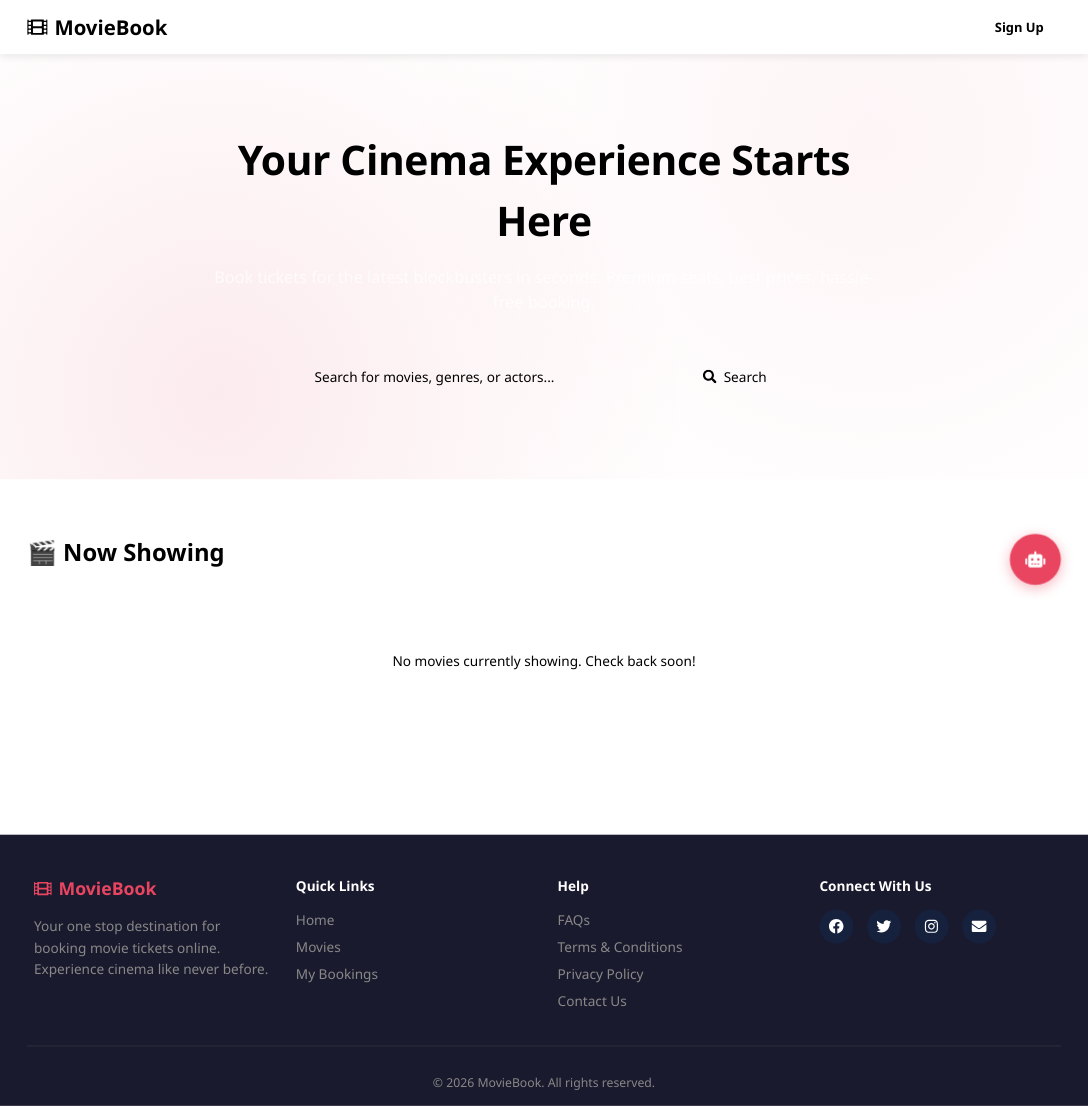
Repository: adithya11sci/movie_ticket_bookings
Page: /admin (app in frontend/)
The author's editor kept a copy of each file at every save. The page is drawn from the files as they stood at one save, then again after the next save.
The browser window is 1280 px wide. The pictures show the whole page, at 85% of full size.
The page's requests for data from a server got no answer. The project was rebuilt for these pictures with package versions that can differ from the ones it lists, and the page was loaded fresh each time. No one was signed in, and anything a server would have sent is missing. Also part of the build but not shown: frontend/vite.config.js, frontend/src/components/MovieCard.css, frontend/src/components/MovieCard.jsx, frontend/src/pages/Movies.jsx, frontend/src/pages/Auth.css, frontend/src/pages/Login.jsx, frontend/src/pages/Register.jsx, frontend/src/pages/MovieDetails.css and 16 more.

Above is the page before, as saved 2026-02-02 12:07:00.

After the next save:
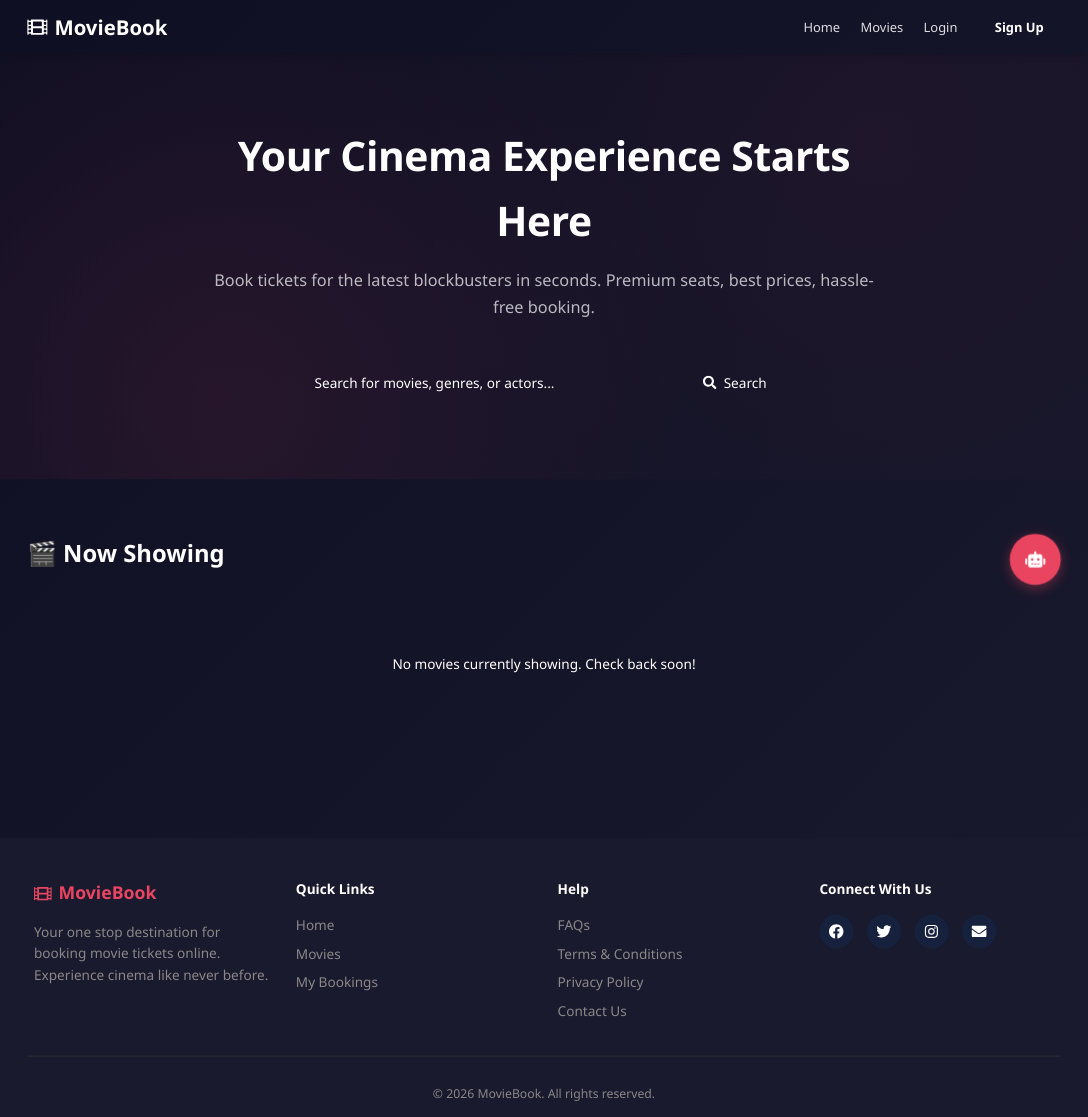
Saved 1 s later.
--- a/frontend/src/App.css
+++ b/frontend/src/App.css
@@ -1,110 +1,33 @@
 /* Global App Styles */
-* {
-    margin: 0;
-    padding: 0;
-    box-sizing: border-box;
-}
-
-body {
-    font-family: 'Segoe UI', Tahoma, Geneva, Verdana, sans-serif;
-    background: var(--bg-light);
-    color: var(--text-dark);
-    line-height: 1.5;
-}
-
 .app {
     min-height: 100vh;
-    background: var(--bg-light);
+    background: linear-gradient(135deg, #0f0f23 0%, #1a1a2e 100%);
 }
 
 main {
-    min-height: calc(100vh - 64px);
-}
-
-a {
-    text-decoration: none;
-    color: inherit;
+    min-height: calc(100vh - 70px);
 }
 
 /* Loading and Error Pages */
-.loading-page,
-.error-page {
+.loading-page, .error-page {
     display: flex;
     align-items: center;
     justify-content: center;
     height: 50vh;
-    color: var(--text-muted);
-    font-size: 1.1rem;
-}
-
-.loading-page {
-    flex-direction: column;
-    gap: 1rem;
-}
-
-.loading-spinner {
-    width: 40px;
-    height: 40px;
-    border: 3px solid var(--border-light);
-    border-top-color: var(--primary);
-    border-radius: 50%;
-    animation: spin 0.8s linear infinite;
-}
-
-@keyframes spin {
-    to {
-        transform: rotate(360deg);
-    }
+    color: #888;
+    font-size: 1.2rem;
 }
 
 /* Scrollbar Styles */
 ::-webkit-scrollbar {
     width: 8px;
-    height: 8px;
 }
 
 ::-webkit-scrollbar-track {
-    background: var(--bg-light);
+    background: #1a1a2e;
 }
 
 ::-webkit-scrollbar-thumb {
-    background: var(--text-muted);
-    border-radius: 4px;
+    background: #e94560;
+    border-radius: 5px;
 }
-
-::-webkit-scrollbar-thumb:hover {
-    background: var(--text-secondary);
-}
-
-/* Selection */
-::selection {
-    background: var(--primary);
-    color: var(--text-light);
-}
-
-/* Focus Styles */
-button:focus-visible,
-input:focus-visible,
-a:focus-visible {
-    outline: 2px solid var(--primary);
-    outline-offset: 2px;
-}
-
-/* Utility Classes */
-.container {
-    max-width: 1400px;
-    margin: 0 auto;
-    padding: 0 1rem;
-}
-
-.text-primary {
-    color: var(--primary);
-}
-
-.text-muted {
-    color: var(--text-muted);
-}
-
-.bg-white {
-    background: var(--bg-white);
-}
